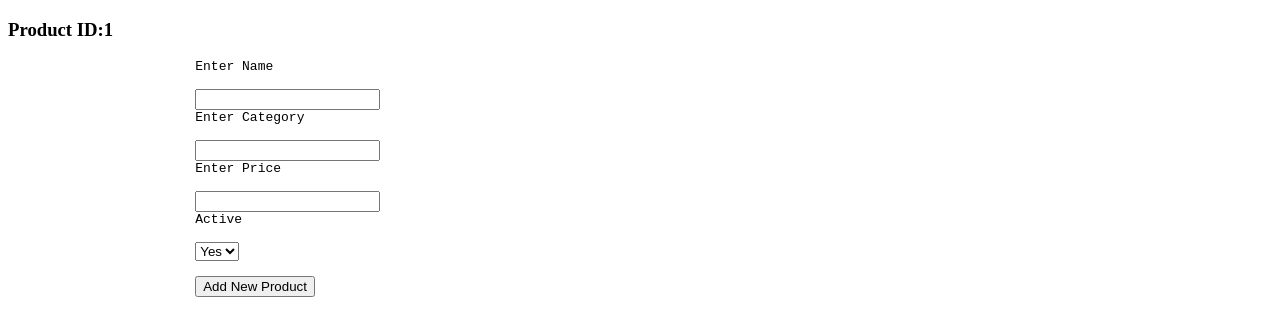
Repository: NidhiDaniel/E-Cart
Page: http://localhost/Online-Shopping-Cart/admin/edit-product.jsp
An editor plug-in stored every save of this project. The page is shown before and after the next save, followed by the edit.
The browser window is 1280 px wide. The pictures show the whole page.
The page is served by Tomcat 9. Queries for data that is not in the repository find no rows.

Above is the page before, as saved 2024-01-06 05:33:18.

### Online-Shopping-Cart/src/main/webapp/admin/edit-product.jsp
<%@page import="com.db.connection.DAOConnection"%>
<%@page import="java.sql.*"%>
<%@ page language="java" contentType="text/html; charset=ISO-8859-1"
    pageEncoding="ISO-8859-1"%>
<!DOCTYPE html>
<html>
<head>
<meta charset="ISO-8859-1">
<title>Edit Product</title>
</head>
<body>
<div class="product-container">
		<%
		String msg = request.getParameter("msg");
		if ("success".equals(msg)) {
		%>
		<p class='success-msg'>Product Added Successfully</p>
		<%
		}
		if ("invalid".equals(msg)) {
		%>
		<p class='failure-msg'>Error Occured Check Again..!</p>
		<%
		}
		%>
		<%
		int id = 1;
		try {
			Connection con = DAOConnection.getConnection();
			Statement stmt = con.createStatement();
			ResultSet rs = stmt.executeQuery("select max(id) from product");
			while (rs.next()) {
				id = rs.getInt(1);
				id = id + 1;
			}
		} catch (Exception e) {

		}
		%>

		<div class="product-form">
		     <h3>Product ID:<%out.print(id);%></h3>
			<form action="addproductaction.jsp" method="post">
			<input type="hidden" name="id" value=<%out.print(id);%>>
				<pre>
			<label>Enter Name</label><br>
			<input type="text" name="name">
			<label>Enter Category</label><br>
			<input type="text" name="category">
			<label>Enter Price</label><br>
			<input type="text" name="price">
			<label>Active</label><br>
			<select name="active">
				<option>Yes</option>
				<option>No</option>
			</select><br>
			<input type="submit" value="Add New Product">
			</pre>
			</form>
		</div>
	</div>
</body>
</html>

### Online-Shopping-Cart/src/main/java/com/db/connection/DAOConnection.java
package com.db.connection;

import java.sql.Connection;
import java.sql.DriverManager;

import com.mysql.cj.jdbc.Driver;

public class DAOConnection {


public static Connection getConnection() {
	 Connection con=null;
	   try {
		DriverManager.registerDriver(new Driver());
        con=DriverManager.getConnection("jdbc:mysql://localhost:3306/online_cart","root","admin");
	} catch (Exception e) {
		e.printStackTrace();
	}
	return con;
   }
}

After the next save:
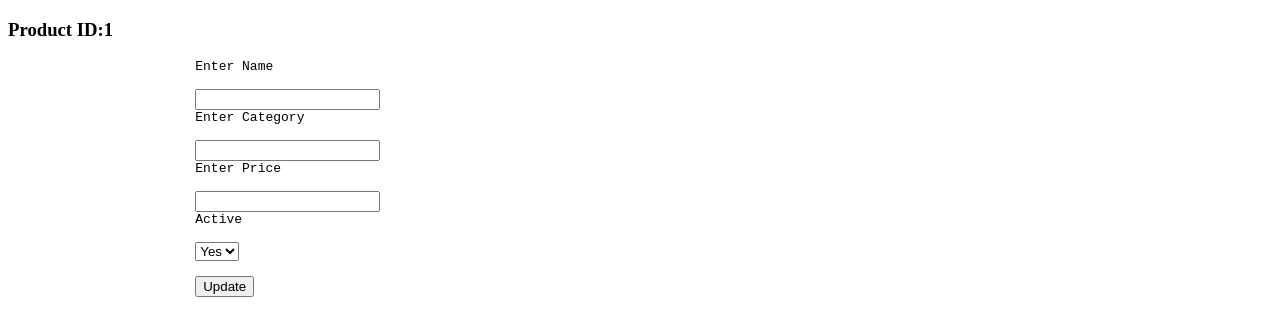
Saved 20 s later.
--- a/Online-Shopping-Cart/src/main/webapp/admin/edit-product.jsp
+++ b/Online-Shopping-Cart/src/main/webapp/admin/edit-product.jsp
@@ -54,7 +54,7 @@
 				<option>Yes</option>
 				<option>No</option>
 			</select><br>
-			<input type="submit" value="Add New Product">
+			<input type="submit" value="Update">
 			</pre>
 			</form>
 		</div>
